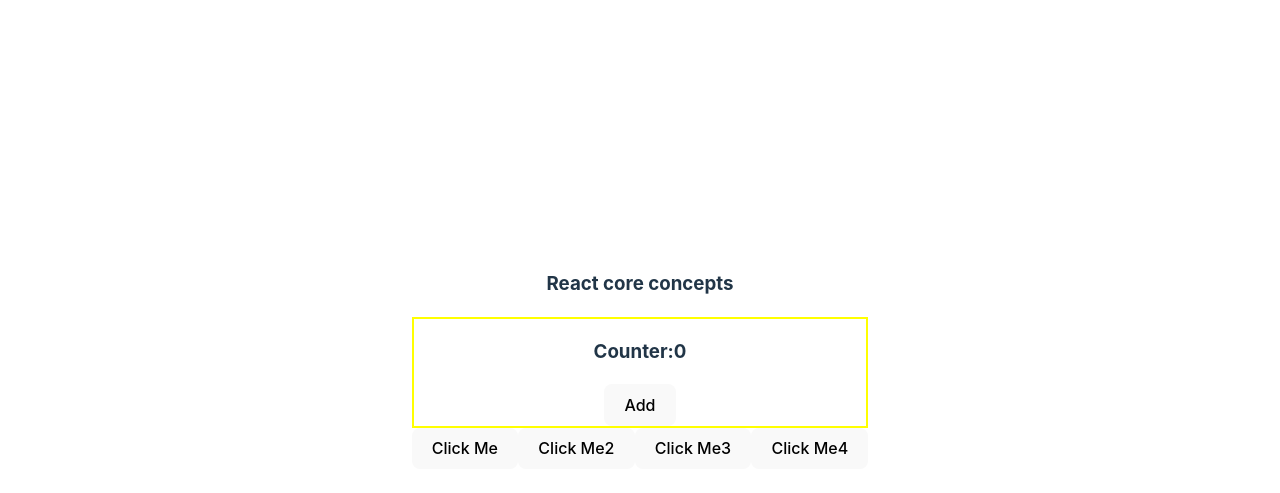
Repository: sumonkumarsarkar/my-project3-react
Page: /
An editor plug-in stored every save of this project. The page is shown before and after the next save, followed by the edit.
The browser window is 1280 px wide. The pictures show the whole page.
The project was rebuilt for these pictures with package versions that can differ from the ones it lists, and the page was loaded fresh each time. Also part of the build but not shown: vite.config.js.

Above is the page before, as saved 2024-03-10 21:42:37.

After the next save:
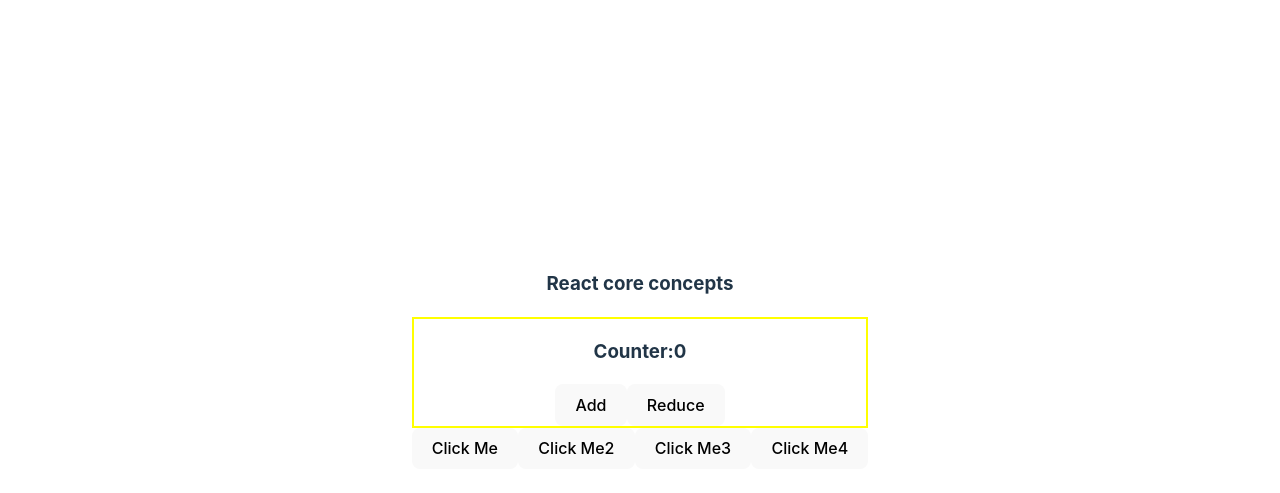
Saved 107 s later.
--- a/src/Counter.jsx
+++ b/src/Counter.jsx
@@ -2,15 +2,20 @@ import { useState } from "react"
 
 export default function Counter(){
     const [count, setCount]=useState(0)
-const handleEvent=()=>{
+const handleAdd=()=>{
 const newCount=count+1;
+setCount(newCount)
+}
+const handleReduce=()=>{
+const newCount=count-1;
 setCount(newCount)
 }
 
 return (
     <div style={{border:'2px solid yellow'}}>
         <h3>Counter:{count}</h3>
-        <button onClick={handleEvent}>Add</button>
+        <button onClick={handleAdd}>Add</button>
+        <button onClick={handleReduce}>Reduce</button>
     </div>
 )
 }
